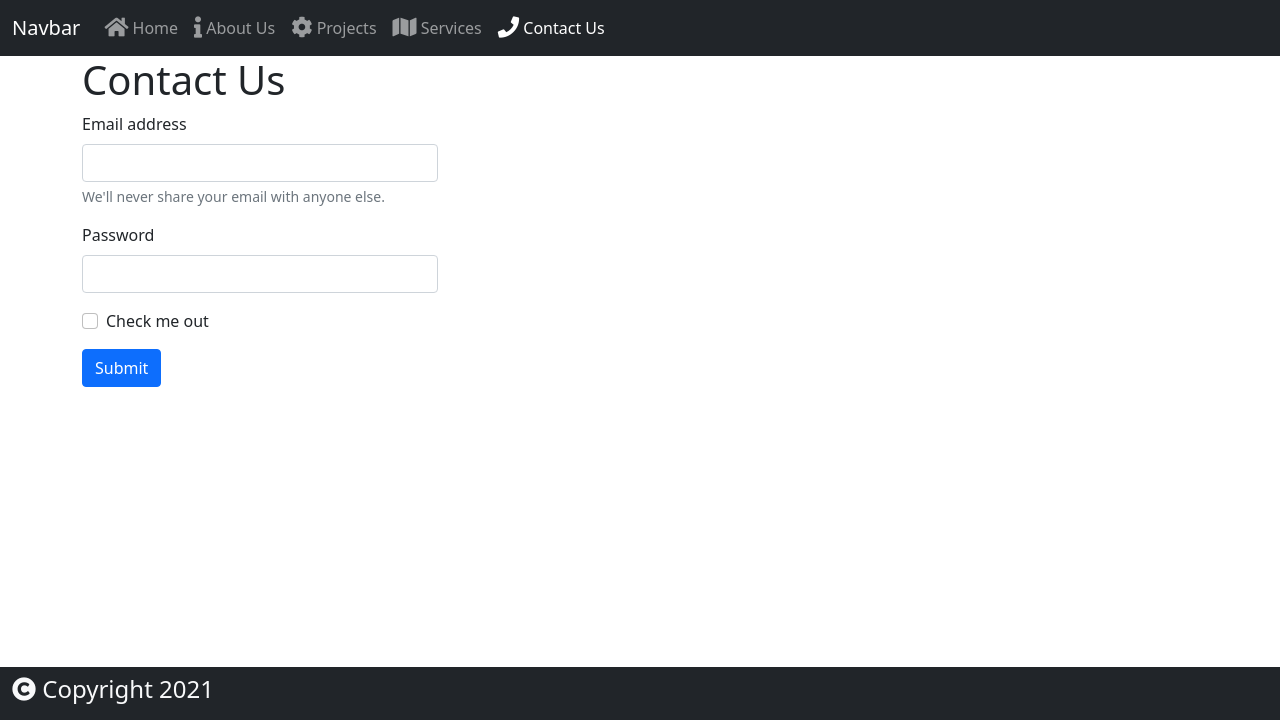
Repository: CKM206/WEBD6201-W2021---ICE1
Page: contact.html
The author's editor kept a copy of each file at every save. The page is drawn from the files as they stood at one save, then again after the next save.
The browser window is 1280 px wide. The pictures show the whole page.

Above is the page before, as saved 2021-01-21 09:15:47.

After the next save:
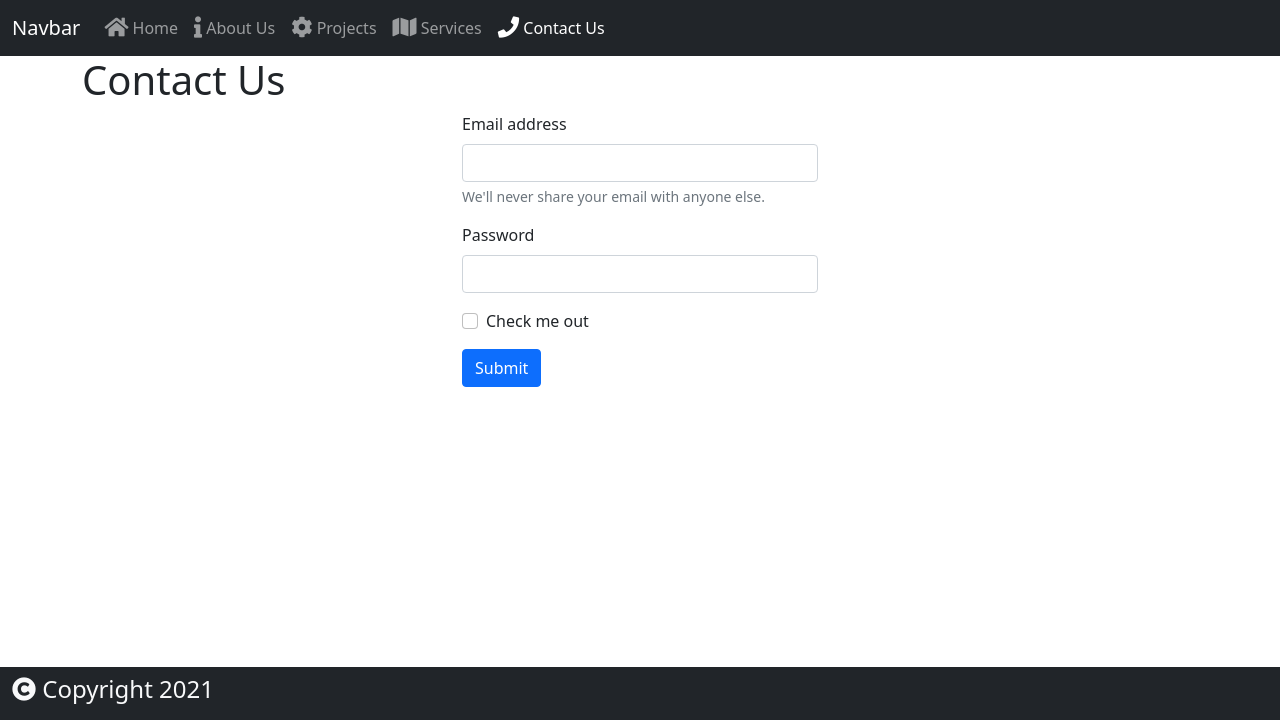
Saved 73 s later.
--- a/contact.html
+++ b/contact.html
@@ -50,7 +50,7 @@
     <main class="container">
       <h1>Contact Us</h1>
 
-      <div class="row">
+      <div class="row justify-content-md-center">
         <form class="col-4">
           <div class="mb-3">
             <label for="exampleInputEmail1" class="form-label">Email address</label>
